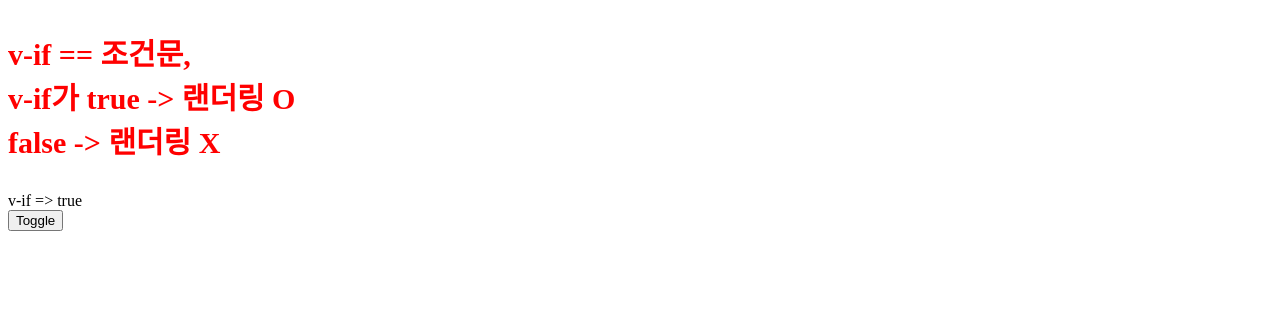
Repository: RyuGeunHwan/code_J
Page: Vuejs/22-08-10 vuejs v-if and v-show.html
These files come from the project's save history. The page is drawn as it stood at one moment and after the next save; the edit follows.
The browser window is 1280 px wide. The pictures show the whole page.

Above is the page before, as saved 2022-08-10 09:34:29.

### Vuejs/22-08-10 vuejs v-if and v-show.html
<!DOCTYPE html>
<html lang="en">
<head>
    <meta charset="UTF-8">
    <meta http-equiv="X-UA-Compatible" content="IE=edge">
    <meta name="viewport" content="width=device-width, initial-scale=1.0">
    <title>v-if & v-show</title>
    <script src="https://cdn.jsdelivr.net/npm/vue/dist/vue.js"></script>
</head>
<body>
    <div id="app">
        <p :style="styleObject" v-if="show">v-if == 조건문, <br> v-if가 true -> 랜더링 O <br> false -> 랜더링 X</p>
        <div v-if="show">v-if => true</div>
        <div v-else>v-else</div>
        <button @click="toggleShow">Toggle</button>
    </div>
    <script>
        new Vue({
            el: '#app',
            data:{
                show: true,
                styleObject:{
                    fontSize: '30px',
                    color: 'red',
                    fontWeight: 'bold'
                }
            },
            methods:{
                toggleShow(){
                    this.show = !this.show;
                    // !this.show 와 false의 차이점
                    // 1. !this.show는 다시 로드 됨.
                    // 2. false는 값이 변경되어서 값이 false로 고정되어있음.
                }
            }
        })
    </script>
</body>
</html>

After the next save:
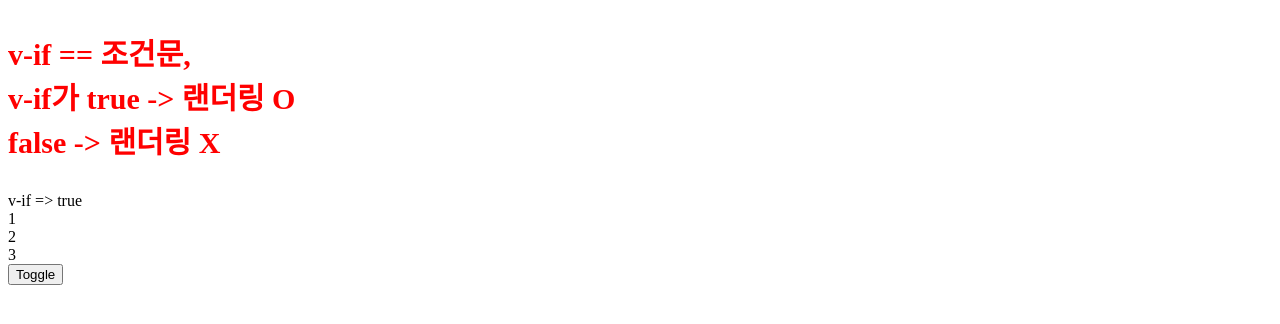
Saved 2 min 22 s later.
--- a/Vuejs/22-08-10 vuejs v-if and v-show.html
+++ b/Vuejs/22-08-10 vuejs v-if and v-show.html
@@ -12,6 +12,15 @@
         <p :style="styleObject" v-if="show">v-if == 조건문, <br> v-if가 true -> 랜더링 O <br> false -> 랜더링 X</p>
         <div v-if="show">v-if => true</div>
         <div v-else>v-else</div>
+
+        <!-- 여러개의 태그를 한번에 없애고 나타나게 하는 방법 -->
+        <template>
+        <div>1</div>
+        <div>2</div>
+        <div>3</div>
+        </template>
+        <!-- 여러개의 태그를 한번에 없애고 나타나게 하는 방법 -->
+
         <button @click="toggleShow">Toggle</button>
     </div>
     <script>
